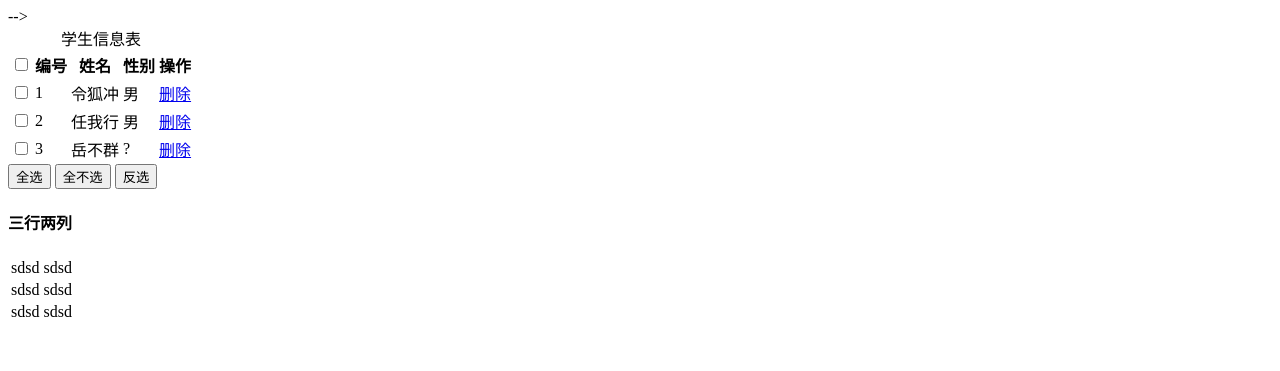
Repository: N1connys/person
Page: review.html
An editor plug-in stored every save of this project. The page is shown before and after the next save, followed by the edit.
The browser window is 1280 px wide. The pictures show the whole page.

Above is the page before, as saved 2023-02-21 10:04:37.
Console error: ReferenceError: n is not defined

After the next save:
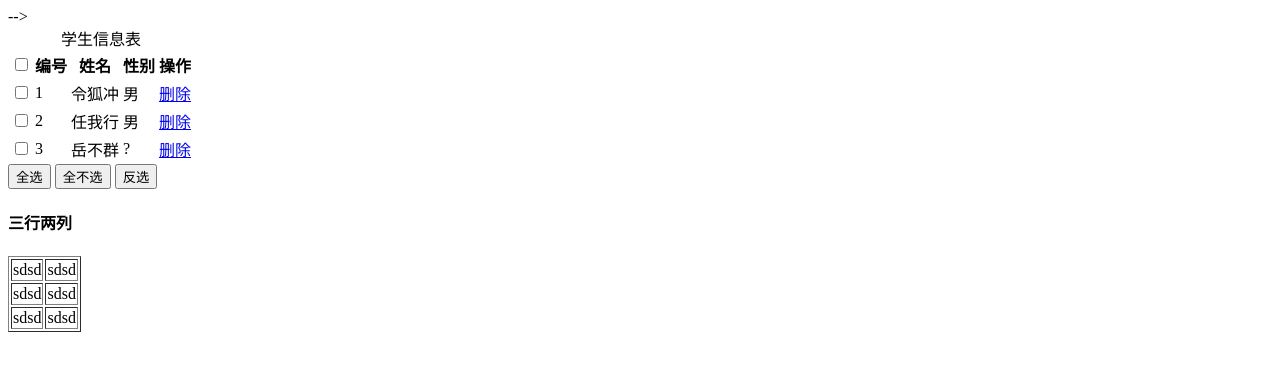
Saved 17 s later.
--- a/review.html
+++ b/review.html
@@ -70,7 +70,7 @@ Last name: <input type="password" name="lastname">
     </div>
    <!-- table ,tr 是行，td是列-->
    <h4>三行两列</h4>
-   <table>
+   <table border="1">
     <tr>
         <td>sdsd</td>
         <td>sdsd</td>
